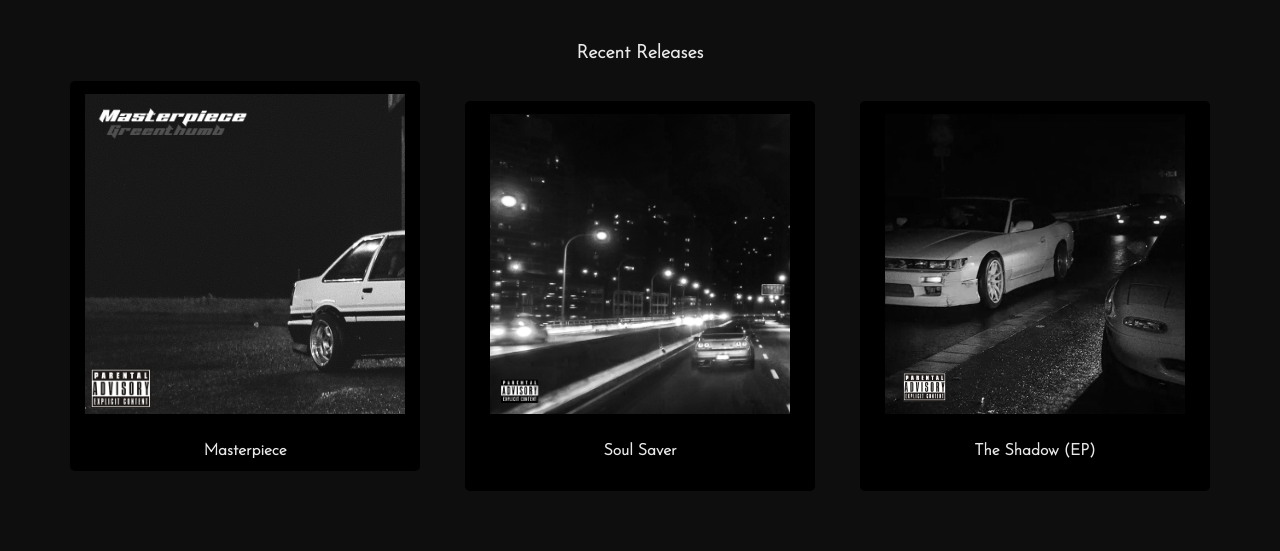
Repository: shayanabedi98/Greenthumb
Page: index.html
The author's editor kept a copy of each file at every save. The page is drawn from the files as they stood at one save, then again after the next save.
The browser window is 1280 px wide. The pictures show the part of the page from y = 734 to 1285 px (the page is 1285 px tall before and 1265 px after).
The pointer rests on the first visible `.card img`.

Above is the page before, as saved 2023-08-15 13:48:12.

After the next save:
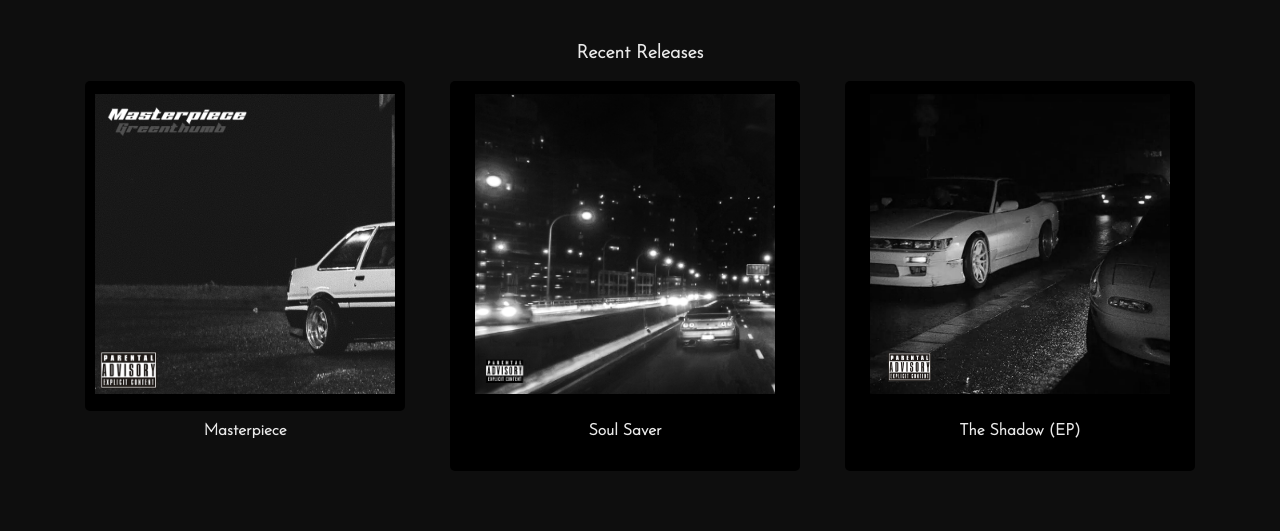
Saved 24 s later.
--- a/styles.css
+++ b/styles.css
@@ -69,7 +69,7 @@
     border: 3px solid black;
 }
 
-.card img:hover {
+.card:hover {
     height: 320px;
     width: 320px;
     transition: ease-in-out 0.3s;
